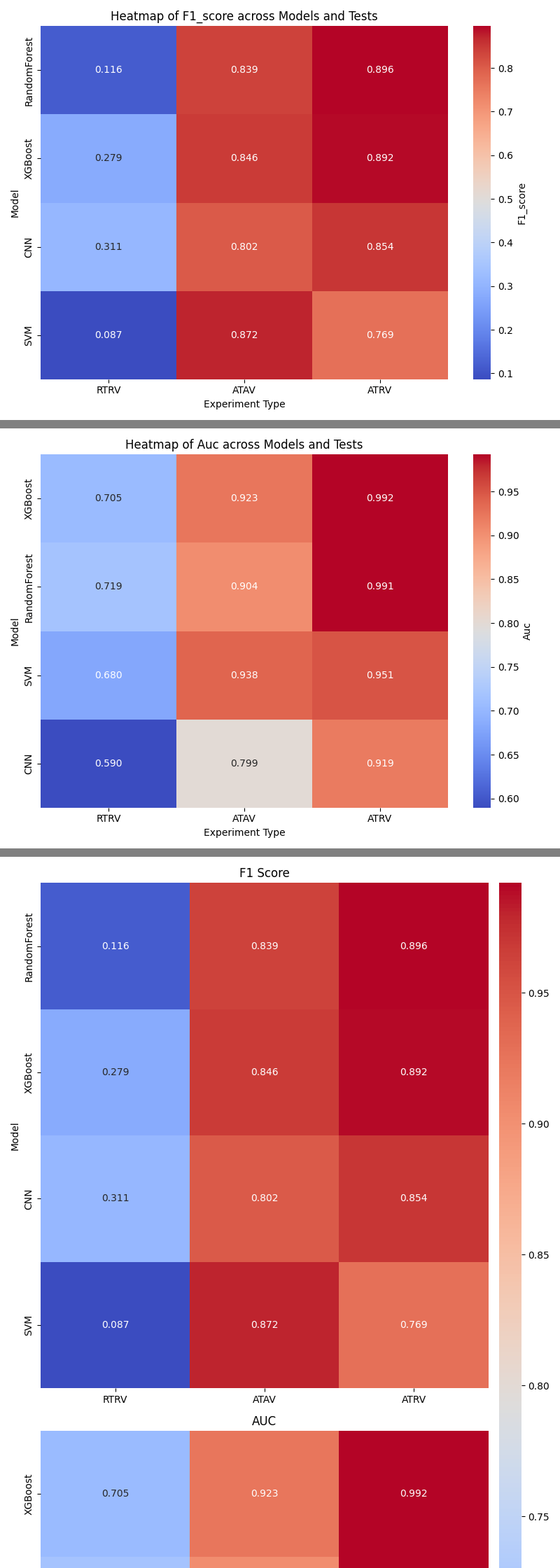
Repository: Hanqk97/COVID-19_Audio_Detection_Project
Script's output: python Plot/heatmap.py
An editor plug-in stored every save of this project. The script's output is shown before and after the next save, followed by the edit.
The pictures show rows 0 to 2240 of an output 2824 px tall, at 70% of full size.
Each picture stacks the figures in order, with grey between them; figures that are only written to a file come last. Random numbers start from a fixed seed.

Above is the script's output before, as saved 2024-12-03 20:44:11.

After the next save:
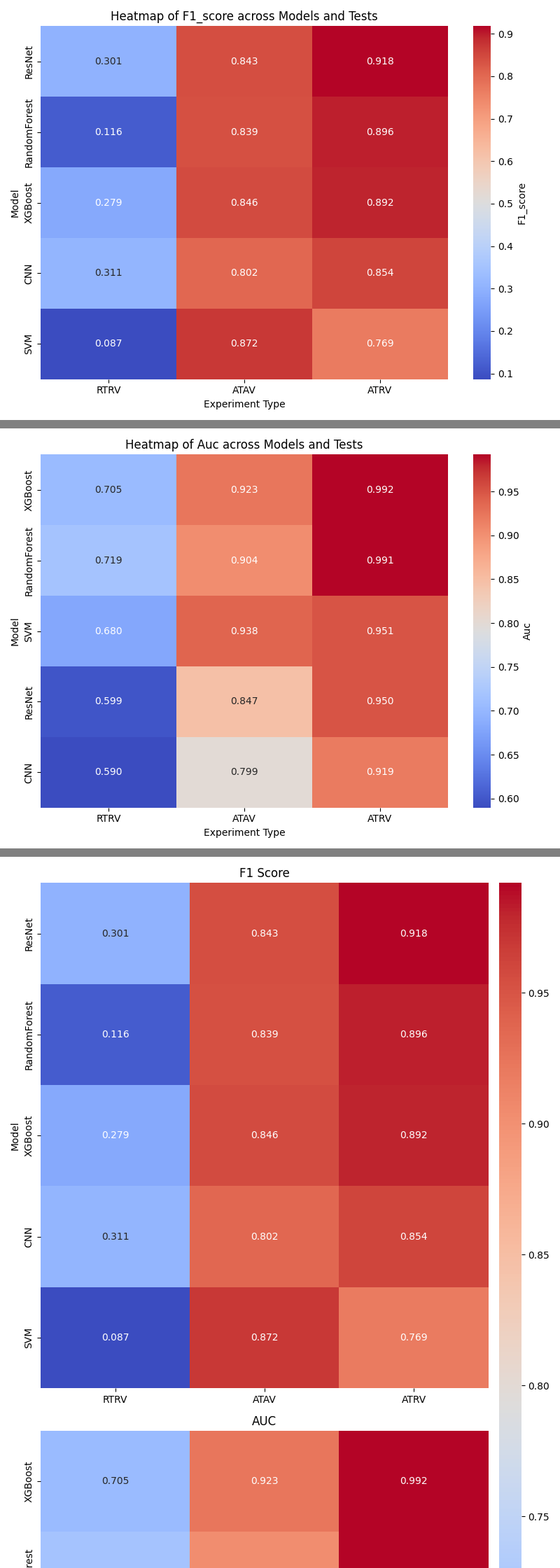
Saved 44 s later.
--- a/Plot/heatmap.py
+++ b/Plot/heatmap.py
@@ -12,7 +12,7 @@ with open("result/summary.json", "r") as f:
 
 # Extract relevant metrics and organize into a DataFrame
 def create_dataframe(metric_name):
-    models = ["CNN", "XGBoost", "RandomForest", "SVM"]
+    models = ["CNN", "XGBoost", "RandomForest", "SVM", "ResNet"]
     tests = ["RTRV", "ATAV", "ATRV"]
     values = []
 
